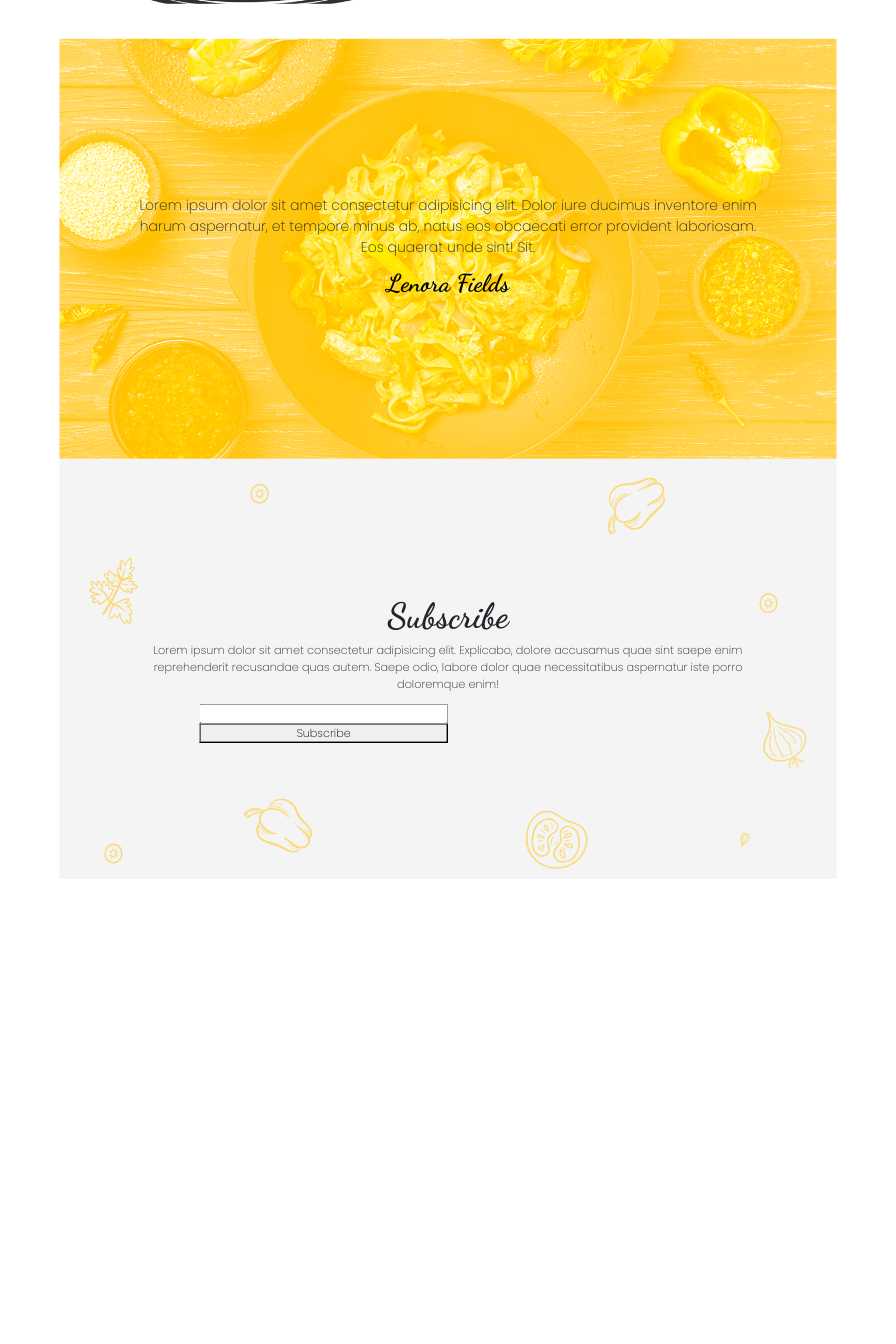
Repository: iphoneboy46/templateRestaurent
Page: index.html
An editor plug-in stored every save of this project. The page is shown before and after the next save, followed by the edit.
The browser window is 1280 px wide. The pictures show the part of the page from y = 3218 to 5138 px (the page is 7200 px tall), at 70% of full size.

Above is the page before, as saved 2022-10-12 23:37:33.

### index.html
<!DOCTYPE html>
<html lang="en">

<head>
    <meta charset="UTF-8">
    <meta http-equiv="X-UA-Compatible" content="IE=edge">
    <meta name="viewport" content="width=device-width, initial-scale=1.0">
    <link rel="stylesheet" href="https://cdn.jsdelivr.net/npm/bootstrap@4.3.1/dist/css/bootstrap.min.css"
        integrity="sha384-ggOyR0iXCbMQv3Xipma34MD+dH/1fQ784/j6cY/iJTQUOhcWr7x9JvoRxT2MZw1T" crossorigin="anonymous">
    <script src="https://code.jquery.com/jquery-3.3.1.slim.min.js"
        integrity="sha384-q8i/X+965DzO0rT7abK41JStQIAqVgRVzpbzo5smXKp4YfRvH+8abtTE1Pi6jizo"
        crossorigin="anonymous"></script>
    <script src="https://cdn.jsdelivr.net/npm/popper.js@1.14.7/dist/umd/popper.min.js"
        integrity="sha384-UO2eT0CpHqdSJQ6hJty5KVphtPhzWj9WO1clHTMGa3JDZwrnQq4sF86dIHNDz0W1"
        crossorigin="anonymous"></script>
    <script src="https://cdn.jsdelivr.net/npm/bootstrap@4.3.1/dist/js/bootstrap.min.js"
        integrity="sha384-JjSmVgyd0p3pXB1rRibZUAYoIIy6OrQ6VrjIEaFf/nJGzIxFDsf4x0xIM+B07jRM"
        crossorigin="anonymous"></script>
    <link rel="stylesheet" href="https://cdnjs.cloudflare.com/ajax/libs/font-awesome/6.2.0/css/all.min.css"
        integrity="sha512-xh6O/CkQoPOWDdYTDqeRdPCVd1SpvCA9XXcUnZS2FmJNp1coAFzvtCN9BmamE+4aHK8yyUHUSCcJHgXloTyT2A=="
        crossorigin="anonymous" referrerpolicy="no-referrer" />
    <link rel="stylesheet" href="style.css">
    <title>Document</title>
</head>

<body>
  <div class="container">
        <header class="header container-fluid">
            <nav class="menu__list pt-3">
                <div class="logo">
                    <a class="navbar-brand">
                        <img src="images/logo.png" alt="">
                    </a>
                </div>
                <ul class="menu__items">
                    <li class="nav-item">
                        <a class="nav-link text-white" href="#">Home</a>
                    </li>
                    <li class="nav-item">
                        <a class="nav-link text-white" href="#">Product</a>
                    </li>
                    <li class="nav-item">
                        <a class="nav-link text-white" href="#">Promo</a>
                    </li>
                    <li class="nav-item">
                        <a class="nav-link text-white" href="#">About</a>
                    </li>
                    <li class="nav-item">
                        <a class="nav-link text-white" href="#">Contact</a>
                    </li>
                </ul>
                <div class="item--search">
                    <i class="fa-solid fa-magnifying-glass"></i>
                </div>
            </nav>
            <div class="header__content">
                <h1>Title Here</h1>
                <p>Lorem ipsum dolor sit amet consectetur, adipisicing elit. Cumque, perspiciatis? Inventore, voluptatem
                    totam ab asperiores iste qui illo esse quo, eaque rem soluta laboriosam reiciendis, ad repellat ea
                    quibusdam! Ducimus!</p>
                <button type="button" class="btn">ORDER NOW</button>
            </div>
        </header>
        <section class="section">
            <div class="section__best-seller">
                <h1>Best seller</h1>
                <p>Lorem ipsum dolor sit amet consectetur adipisicing elit. Autem distinctio non dolorem nisi perspiciatis
                    eum alias sequi nobis a tempora! Eius perferendis sequi provident tempora deserunt ipsa excepturi,
                    laboriosam numquam.</p>
                <div class="section__best-seller--list">
                    <div class="section__best-seller--item">
                        <div>
                            <img src="images/img1.png" alt="">
                        </div>
                        <div>
                            <h2>Title Here</h2>
                        </div>
                        <div>
                            <p>Lorem ipsum dolor sit amet consectetur adipisicing elit. </p>
                        </div>
                    </div>
                    <div class="section__best-seller--item">
                        <div>
                            <img src="images/img2.png" alt="">
                        </div>
                        <div>
                            <h2>Title Here</h2>
                        </div>
                        <div>
                            <p>Lorem ipsum dolor sit amet consectetur adipisicing elit. </p>
                        </div>
                    </div>
                    <div class="section__best-seller--item">
                        <div>
                            <img src="images/img3.png" alt="">
                        </div>
                        <div>
                            <h2>Title Here</h2>
                        </div>
                        <div>
                            <p>Lorem ipsum dolor sit amet consectetur adipisicing elit. </p>
                        </div>
                    </div>
                </div>
            </div>
           <div class="section__background">
                <div class="section__Oriental">
                    <div class="section__Oriental--content">
                        <div class="section__Oriental--img">
                            <img src="images/img8.png" alt="">
                        </div>
                        <div class="section__Oriental--title">
                            <h1>Oriental Taste</h1>
                            <p>Lorem ipsum dolor sit amet consectetur, adipisicing elit. Cumque, perspiciatis? Inventore,
                                voluptatem totam ab asperiores iste qui illo esse quo, eaque rem soluta laboriosam reiciendis,
                                ad repellat ea quibusdam! Ducimus!</p>
                            <button type="button" class="btn">ORDER NOW</button>
                        </div>
                    </div>
                </div>
                <div class="section__Statistics">
                    <div class="section__Statistics--title">
                        <h1>Statistics</h1>
                        <p>Lorem ipsum dolor sit amet consectetur adipisicing elit. Autem distinctio non dolorem nisi
                            perspiciatis eum alias sequi nobis a tempora! Eius perferendis sequi provident tempora deserunt ipsa
                            excepturi, laboriosam numquam.</p>
                    </div>
                    <div class="section__Statistics--img">
                        <img src="images/img7.png" alt="">
                        <img src="images/img6.png" alt="">
                        <img src="images/img5.png" alt="">
                        <img src="images/img4.png" alt="">
                    </div>

                    <div class="section__Chicken">
                        <div class="section__Chicken--content">
                            <div class="section__Chicken--title">
                                <h1>Chicken Grill</h1>
                                <p>Lorem ipsum dolor sit amet consectetur, adipisicing elit. Cumque, perspiciatis? Inventore,
                                    voluptatem totam ab asperiores iste qui illo esse quo, eaque rem soluta laboriosam
                                    reiciendis, ad repellat ea quibusdam! Ducimus!</p>
                                <button type="button" class="btn">ORDER NOW</button>
                            </div>
                            <div class="section__Chicken--img">
                                <img src="images/img9.png" alt="">
                            </div>
                        </div>
                    </div>
                </div>
                <div class="section__comment">
                   <div class="section__comment--title">
                        <p>Lorem ipsum dolor sit amet consectetur adipisicing elit. Dolor iure ducimus inventore enim harum aspernatur, et tempore minus ab, natus eos obcaecati error provident laboriosam. Eos quaerat unde sint! Sit.</p>
                        <h1>Lenora Fields</h1>
                   </div>
                </div>
                <div class="section__subcrible">
                    <div class="section__subcrible--content">
                        <h1>Subscribe</h1>
                        <p>Lorem ipsum dolor sit amet consectetur adipisicing elit. Explicabo, dolore accusamus quae sint saepe enim reprehenderit recusandae quas autem. Saepe odio, labore dolor quae necessitatibus aspernatur iste porro doloremque enim!</p>
                       <div class="section__sub--input">
                        <input type="text">
                        <button>Subscribe</button>
                       </div>
                    </div>
                </div>
           </div>
        </section>
  </div>
</body>

</html>

### style.css
@import url('https://fonts.googleapis.com/css2?family=Poppins:wght@200&display=swap');
@import url('https://fonts.googleapis.com/css2?family=Dancing+Script:wght@700&family=Great+Vibes&family=Pacifico&family=Poppins:wght@200;700&family=Yellowtail&display=swap');
@import url('https://fonts.googleapis.com/css2?family=Dancing+Script:wght@700&family=Pacifico&family=Poppins:wght@200&display=swap');


* {
    padding: 0;
    margin: 0;
    box-sizing: border-box;
    font-family: 'Poppins', sans-serif;
    text-decoration: none;
    list-style: none;
}

body {
    background-color: white;
    height: 1000vh;
}

.logo {
    width: 40%;
}

.header {
    background-image: url(images/header.png);
    width: 100%;
    height: 900px;
    background-repeat: no-repeat;
}

.menu__list {
    display: flex;
    justify-content: space-between;
    align-items: center;
}

.menu__items {
    display: flex;
    justify-content: space-between;
    align-items: center;
    width: 40%;
}

.menu__items li a {
    font-size: 20px;
}


.item--search i {
    margin-right: 10px;
    color: white;
    font-size: 20px;
}

.header__content {
    width: 435px;
    position: absolute;
    top: 40%;
    left: 65%;
    transform: translate(-50%, -50%)
}



.header__content h1 {
    color: #ffcc00;
    font-size: 80px;
    font-weight: bold;
    font-family: 'Dancing Script', sans-serif;
}

.header__content p {
    font-size: 18px;
    color: white;
    line-height: 30px;
    margin-top: 30px;
    margin-bottom: 30px;
}

.header__content .btn {
    background-color: #ffcc00;
    font-weight: 800;
    padding: 10px 50px;
}


.section__best-seller {
    width: 100%;
    margin: auto;
    margin-bottom: 100px;
}

.section__best-seller h1 {
    text-align: center;
    font-size: 50px;
    font-family: 'Dancing Script', sans-serif;
}

.section__best-seller p {
    text-align: center;
    font-weight: 500;
    margin-top: 20px;
    margin-bottom: 40px;
}

.section__best-seller--list {
    display: flex;
    justify-content: space-between;
    align-items: center;
}

.section__best-seller--item {
    display: flex;
    flex-direction: column;
    justify-content: space-around;
    align-items: center;
}

.section__best-seller--item img {
    width: 100%;
    height: 100%;
}

.section__best-seller--item h2 {
    text-align: center;
    margin-top: 5px;
    font-family: 'Dancing Script', sans-serif;
    font-weight: bolder;
}

.section__Oriental {
    background-image: url(images/Design3.png);
    width: 100%;
    background-size: 100%;
    background-repeat: no-repeat;
    margin: auto;
    padding:50px;

}

.section__Oriental--content {
    width: 100%;
    height: 500px;
    display: flex;
    justify-content: space-around;
    align-items: center;
}

.section__Oriental--img {
    width: 100%;
    height: 400px;
    margin-left: 10px;
}

.section__Oriental--img img {
    width: 100%;
    height: 100%;
}

.section__Oriental--title {
    margin-left: 100px;
}


.section__Oriental--title h1 {
    color: #ffcc00;
    font-size: 50px;
    font-weight: bold;
    font-family: 'Dancing Script', sans-serif;
}

.section__Oriental--title p {
    color: white;
    font-size: 16px;
    margin-top: 30px;
    margin-bottom: 30px;
}

.section__Oriental--title .btn {
    background-color: #ffcc00;
    font-weight: 800;
    padding: 10px 50px;
}

.section__Statistics {
    width: 100%;
    background-image: url(images/Design2.png);
    background-repeat: no-repeat;
    background-size: 100%;
    z-index: 5;
}


.section__Statistics--title h1 {
    color: #ffcc00;
    font-size: 50px;
    font-weight: bold;
    font-family: 'Dancing Script', sans-serif;
    text-align: center;
    padding-top: 80px;

}

.section__Statistics--title p {
    margin: auto;
    width: 70%;
    text-align: center;
    color: white;
}

.section__Statistics--img {
    width: 80%;
    margin: auto;
    display: flex;
    justify-content: space-around;
    align-items: center;
    margin-top: 57px;
}

.section__Statistics--img img{
    width: 200px;
}


.section__Chicken {
    position: relative;
    margin-top: 110px;
    background-color: white;
    width: 100%;
    background-image: url(images/Design4.png);
    background-repeat: no-repeat;
    background-size: 100%;
    height: 100%;
    z-index: 2;
    padding: 50px;
}

.section__Chicken--content{
    display: flex;
    justify-content: space-around;
    align-items: center;
}

.section__Chicken--title h1{
    color: #ffcc00;
    font-size: 50px;
    font-weight: bold;
    font-family: 'Dancing Script', sans-serif;
}


.section__Chicken--title p{
    text-align: start;
    color: white;
    margin-top: 30px;
    margin-bottom: 30px;
}

.section__Chicken .btn {
    background-color: #ffcc00;
    font-weight: 800;
    padding: 10px 50px;
}

.section__Chicken--img{
    width: 100%;
    height: 100%;
}

.section__Chicken--img img{
    width: 100%;
    height: 100%;
}

.section__comment{
    margin-top: 50px;
    background-image: url(images/img10.png);
    background-repeat: no-repeat;
    background-size: 100%;
    height: 600px;
    width: 100%;
    display: flex;
    flex-direction: column;
    justify-content: center;
    align-items: center;
}

.section__comment--title{
    width: 80%;
}


.section__comment--title p{
    font-size:20px;
    text-align: center;
    font-weight: 500;
}

.section__comment--title h1{
    text-align: center;
    color: black;
    font-size: 35px;
    font-weight: 700;
    font-family: 'Dancing Script', sans-serif;
}

.section__subcrible{
    background-image: url(images/Design5.png);
    width: 100%;
    background-repeat: no-repeat;
    background-size: 100%;
    height:600px;
    display: flex;
    justify-content: center;
    align-items: center;
}


.section__subcrible--content{
    width: 80%;
}

.section__subcrible--content h1{
    text-align: center;
    font-weight: bolder;
    font-family: 'Dancing Script', sans-serif;
    font-size: 50px;
}

.section__subcrible--content p{
    text-align: center;
    font-weight: 500;
}

.section__sub--input{
    width: 80%;
    margin: auto;
}

.section__sub--input input{
    width: 50%;
    margin: auto;
}

.section__sub--input button{
    width: 50%;
    margin: auto;
}

After the next save:
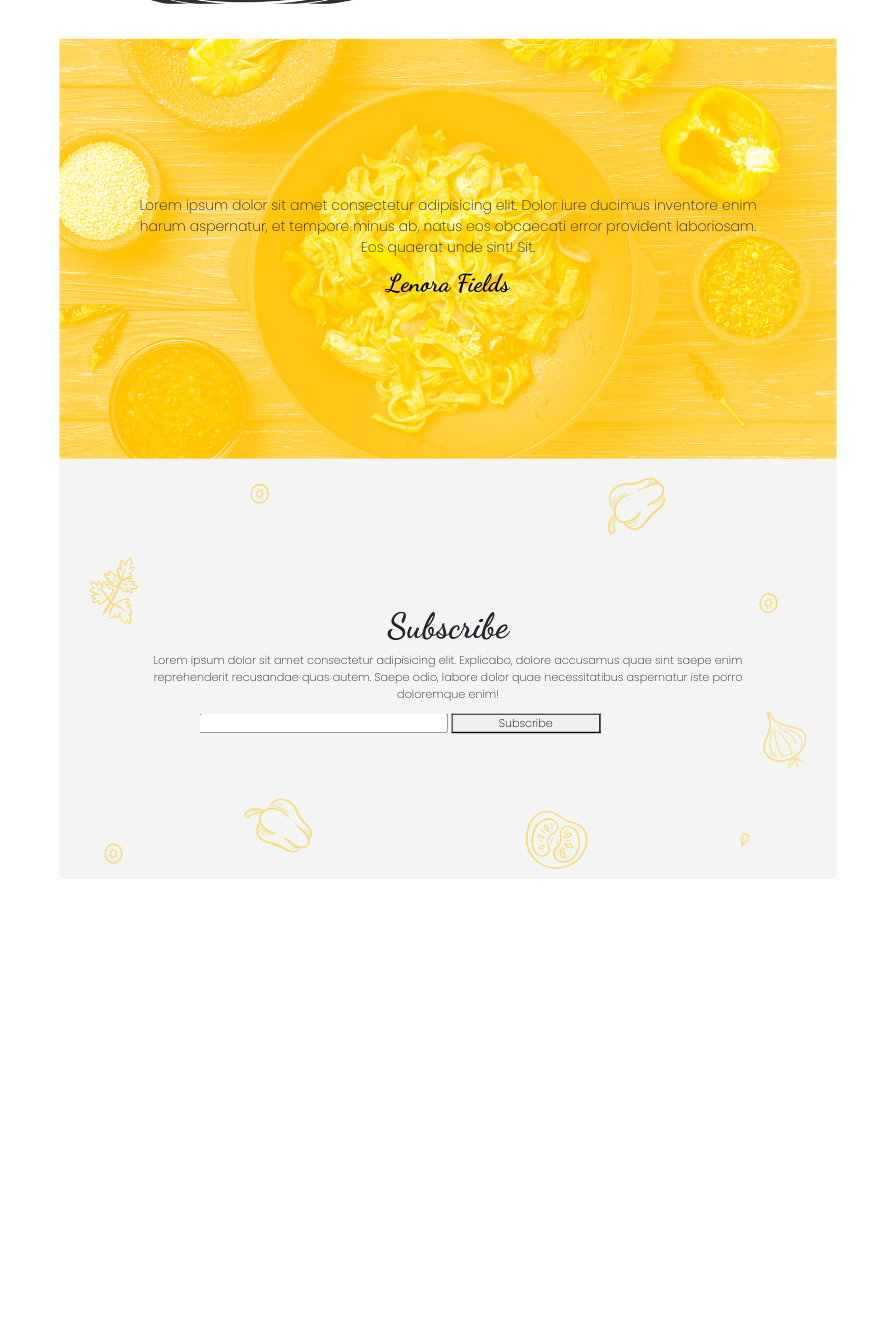
Saved 11 s later.
--- a/style.css
+++ b/style.css
@@ -343,6 +343,6 @@ body {
 }
 
 .section__sub--input button{
-    width: 50%;
-    margin: auto;
-}
+    width: 30%;
+    margin: auto;
+}
